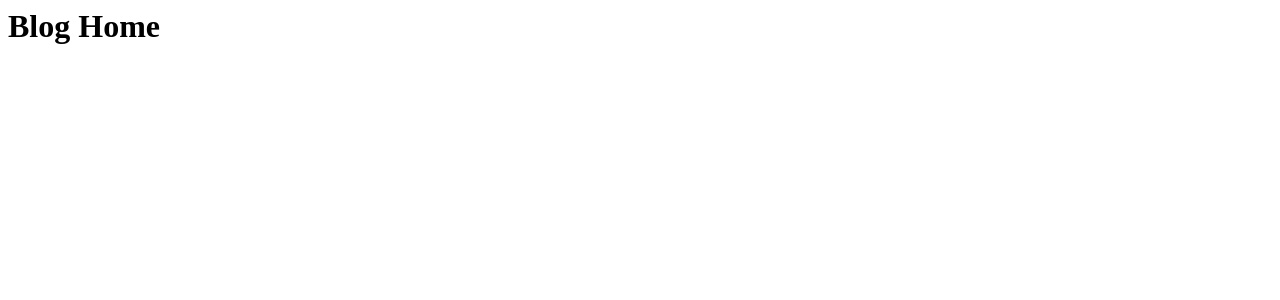
Repository: bkapadia01/Blog_Django
Page: http://localhost/
The author's editor kept a copy of each file at every save. The page is drawn from the files as they stood at one save, then again after the next save.
The browser window is 1280 px wide. The pictures show the whole page.
The page is served by the project's application, run on Django 2.2 (dyng_project/manage.py). Other server files are loaded and not shown.

Above is the page before, as saved 2019-08-21 03:02:12.

### dyng_project/blog/views.py
from django.shortcuts import render
from django.http import HttpResponse

def home(request):
    return HttpResponse('<h1> Blog Home </h1>')

def about(request):
    return HttpResponse('<h1> About </h1>')
# Create your views here

### dyng_project/dyng_project/urls.py
"""dyng_project URL Configuration

The `urlpatterns` list routes URLs to views. For more information please see:
    https://docs.djangoproject.com/en/2.2/topics/http/urls/
Examples:
Function views
    1. Add an import:  from my_app import views
    2. Add a URL to urlpatterns:  path('', views.home, name='home')
Class-based views
    1. Add an import:  from other_app.views import Home
    2. Add a URL to urlpatterns:  path('', Home.as_view(), name='home')
Including another URLconf
    1. Import the include() function: from django.urls import include, path
    2. Add a URL to urlpatterns:  path('blog/', include('blog.urls'))
"""
from django.contrib import admin
from django.urls import path, include

urlpatterns = [
    path('admin/', admin.site.urls),
    path('', include('blog.urls')),
]

### dyng_project/blog/urls.py
from django.urls import path
from . import views

urlpatterns = [
    path('', views.home, name='blog-home'),
    path('about/', views.about, name='blog-home'),

]

### dyng_project/blog/templates/blog/home.html
<!DOCTYPE html>
<html>
    <head>
        <title>
        </title>
    </head>
    <body>
        <h1>Blog Home</h1>
    </body>
</html>

After the next save:
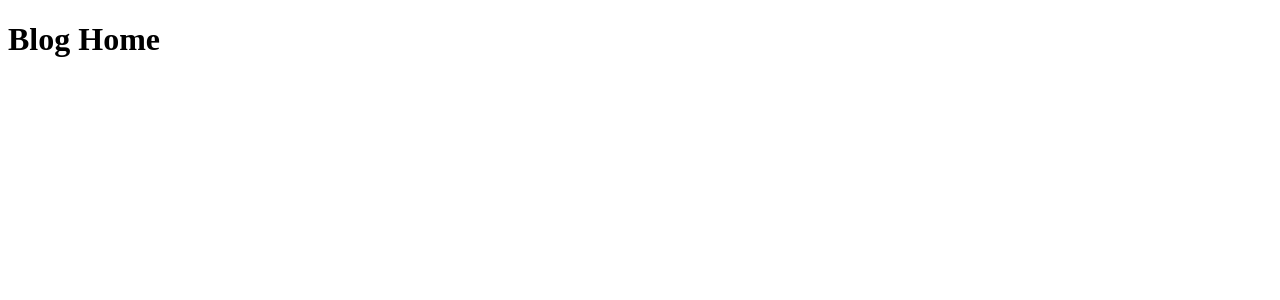
Saved 2 min 17 s later.
--- a/dyng_project/blog/views.py
+++ b/dyng_project/blog/views.py
@@ -2,7 +2,7 @@ from django.shortcuts import render
 from django.http import HttpResponse
 
 def home(request):
-    return HttpResponse('<h1> Blog Home </h1>')
+    return render(request, 'blog/home.html')
 
 def about(request):
     return HttpResponse('<h1> About </h1>')
